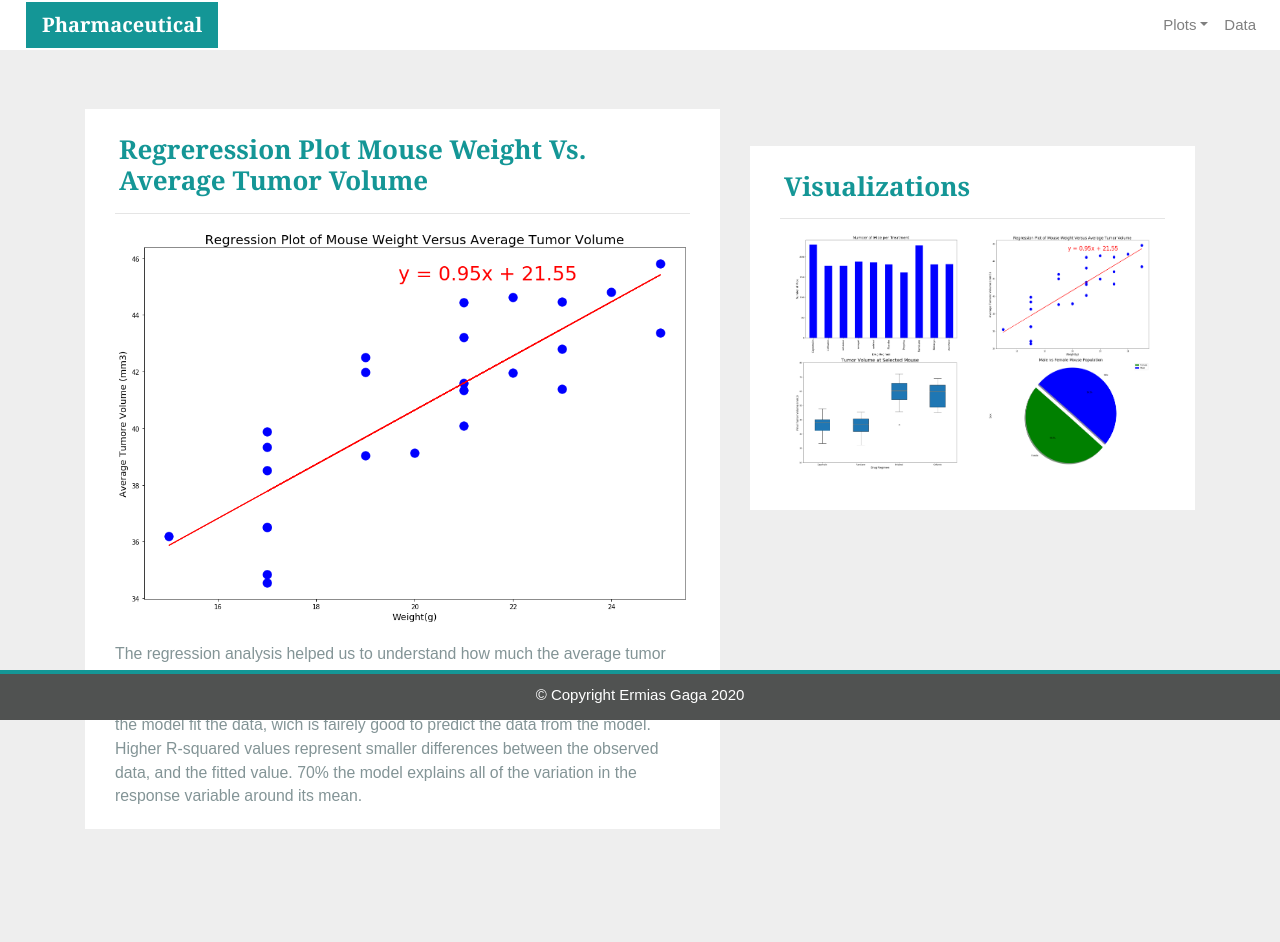
Repository: ermiasgelaye/ermiasgelaye.github.io
Page: Matplotlib-Challenge/Pan_mice_per_treat.html
The author's editor kept a copy of each file at every save. The page is drawn from the files as they stood at one save, then again after the next save.
The browser window is 1280 px wide. The pictures show the whole page.
Some web libraries are served in a nearby version.

Above is the page before, as saved 2020-08-03 00:19:36.

After the next save:
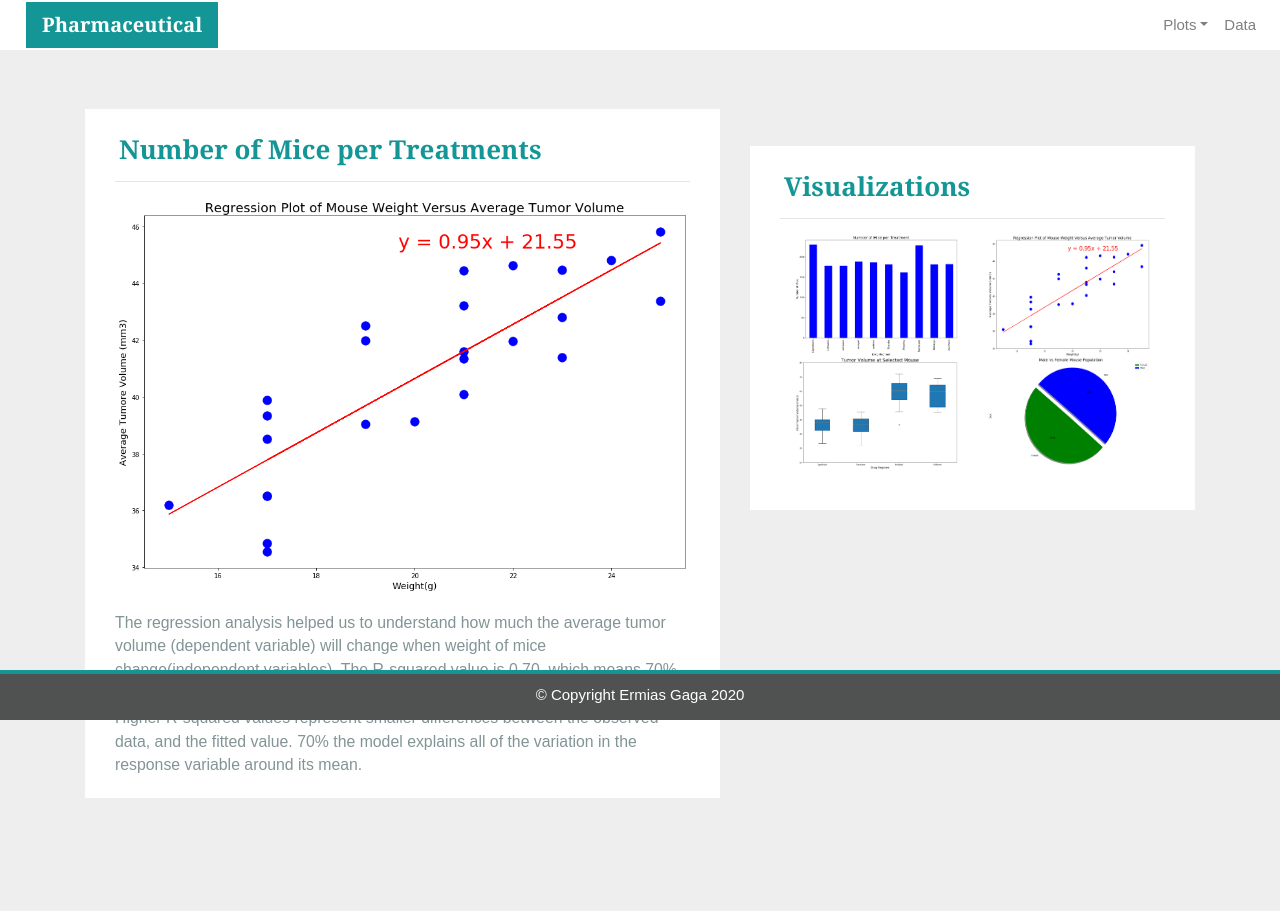
Saved 17 s later.
--- a/Matplotlib-Challenge/Pan_mice_per_treat.html
+++ b/Matplotlib-Challenge/Pan_mice_per_treat.html
@@ -54,7 +54,7 @@
       <section class="row">
         <div class="col-lg-7 col-md-12">
           <div class="description-content">
-            <h1 class="description-header">Regreression Plot Mouse Weight Vs. Average Tumor Volume</h1>
+            <h1 class="description-header">Number of Mice per Treatments</h1>
             <hr>
             <img src="Resources/assets/images/linear_regression.png"
               alt="Regreression Plot Mouse Weight Vs. Averaje Tumor Volume">
